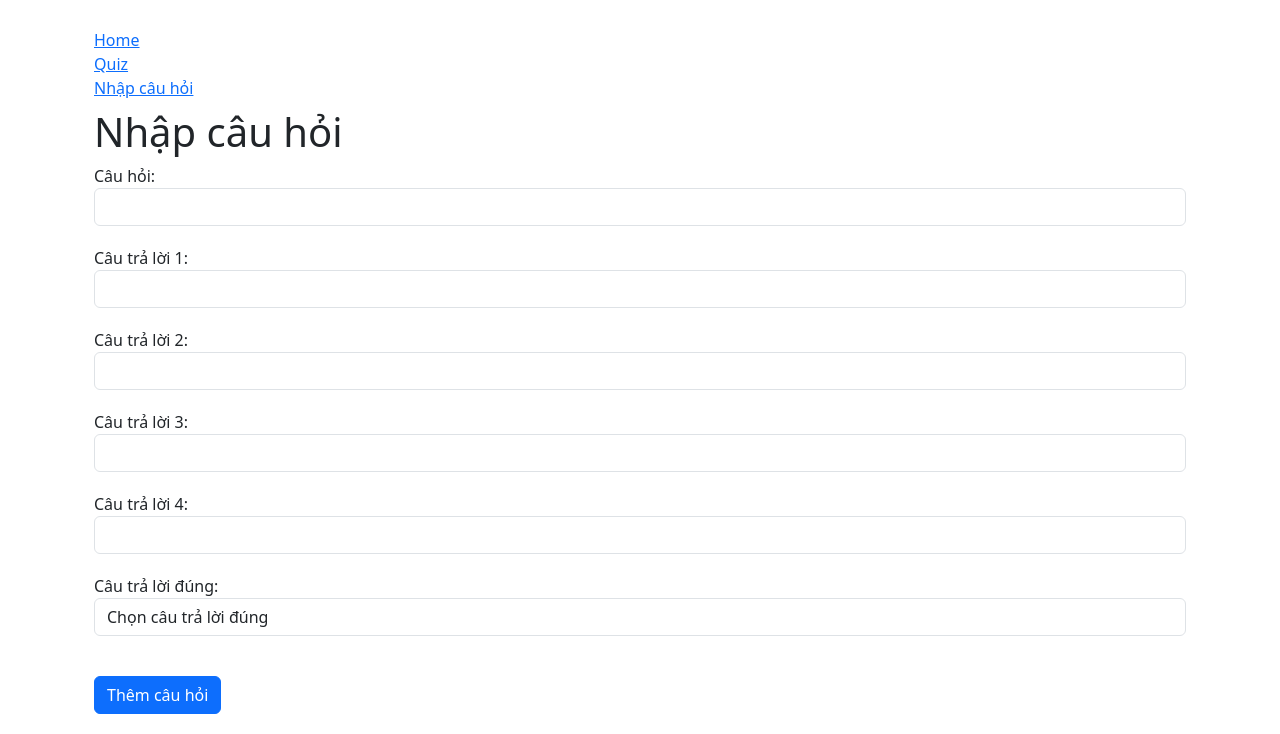
Repository: tran-thien-nhan/quiz_tlln
Page: nhap_cau_hoi.html
These files come from the project's save history. The page is drawn as it stood at one moment and after the next save; the edit follows.
The browser window is 1280 px wide. The pictures show the whole page.

Above is the page before, as saved 2023-06-25 10:56:46.

After the next save:
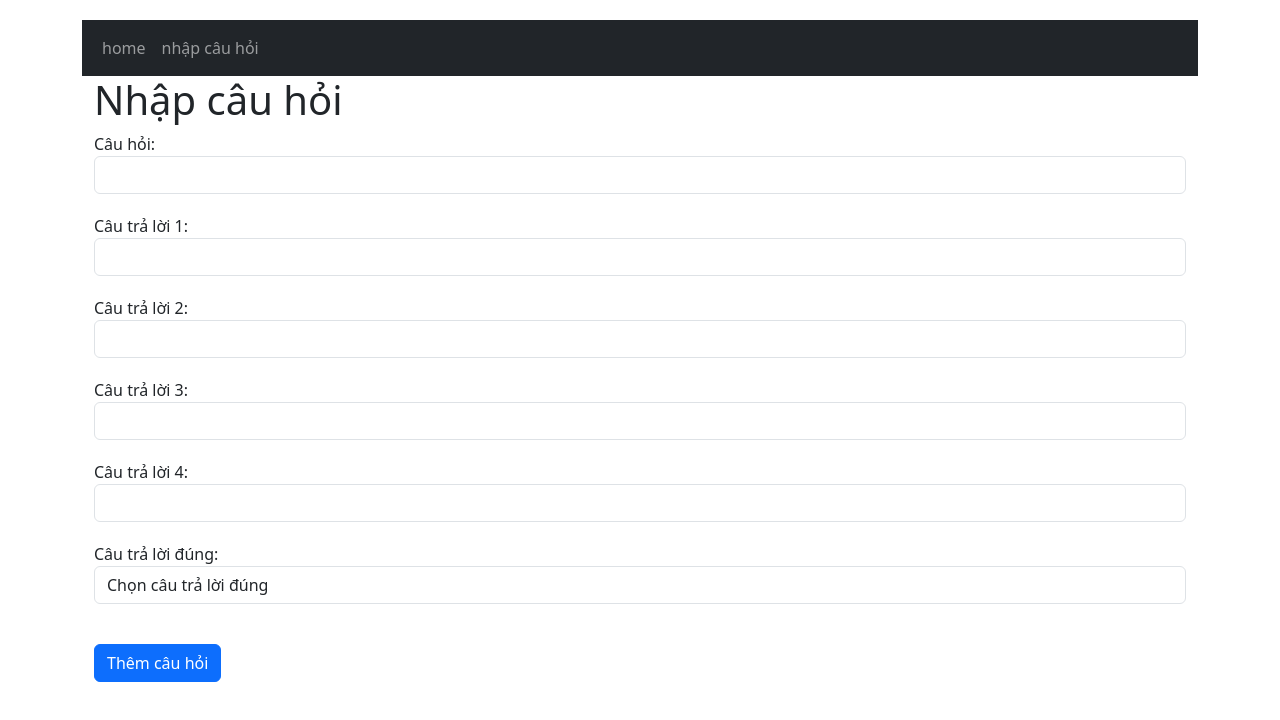
Saved 58 s later.
--- a/nhap_cau_hoi.html
+++ b/nhap_cau_hoi.html
@@ -23,15 +23,19 @@
 </head>
 
 <body class="container">
-    <nav class="navbar navbar-inverse">
+    <nav class="navbar navbar-expand-sm bg-dark navbar-dark">
         <div class="container-fluid">
-          <ul class="nav navbar-nav">
-            <li class="active"><a href="#">Home</a></li>
-            <li><a href="index.html">Quiz</a></li>
-            <li><a href="nhap_cau_hoi.html">Nhập câu hỏi</a></li>
-          </ul>
+            <!-- Links -->
+            <ul class="navbar-nav">
+                <li class="nav-item">
+                    <a class="nav-link" href="index.html">home</a>
+                </li>
+                <li class="nav-item">
+                    <a class="nav-link" href="nhap_cau_hoi.html">nhập câu hỏi</a>
+                </li>
+            </ul>
         </div>
-      </nav>
+    </nav>
     <div class="container">
         <h1>Nhập câu hỏi</h1>
         <form id="question-form">
